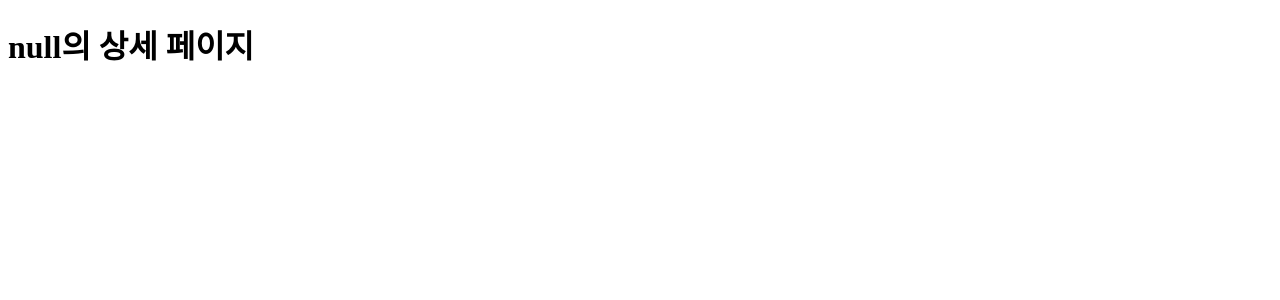
Repository: Deepsky110/LectureNotes
Page: http://localhost/web09/emp/detail.jsp
These files come from the project's save history. The page is drawn as it stood at one moment and after the next save; the edit follows.
The browser window is 1280 px wide. The pictures show the whole page.
The page is served by Tomcat 9. Other server files are loaded and not shown.

Above is the page before, as saved 2020-07-08 02:44:38.

### web09/WebContent/emp/detail.jsp
<%@ page language="java" contentType="text/html; charset=EUC-KR"
    pageEncoding="EUC-KR"%>
<!DOCTYPE html PUBLIC "-//W3C//DTD HTML 4.01 Transitional//EN" "http://www.w3.org/TR/html4/loose.dtd">
<html>
<head>
<meta http-equiv="Content-Type" content="text/html; charset=EUC-KR">
<title>Insert title here</title>
</head>
<body>
	<h1><%=request.getParameter("idx") %>의 상세 페이지</h1>

</body>
</html>

After the next save:
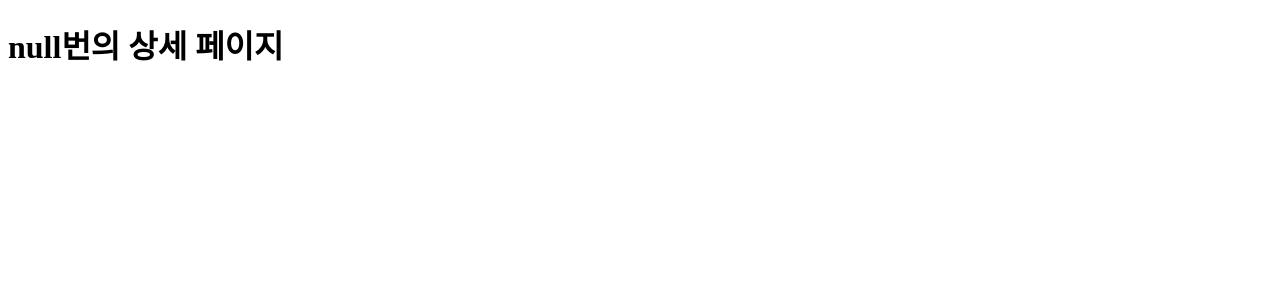
Saved 4 s later.
--- a/web09/WebContent/emp/detail.jsp
+++ b/web09/WebContent/emp/detail.jsp
@@ -7,7 +7,7 @@
 <title>Insert title here</title>
 </head>
 <body>
-	<h1><%=request.getParameter("idx") %>의 상세 페이지</h1>
+	<h1><%=request.getParameter("idx") %>번의 상세 페이지</h1>
 
 </body>
 </html>
